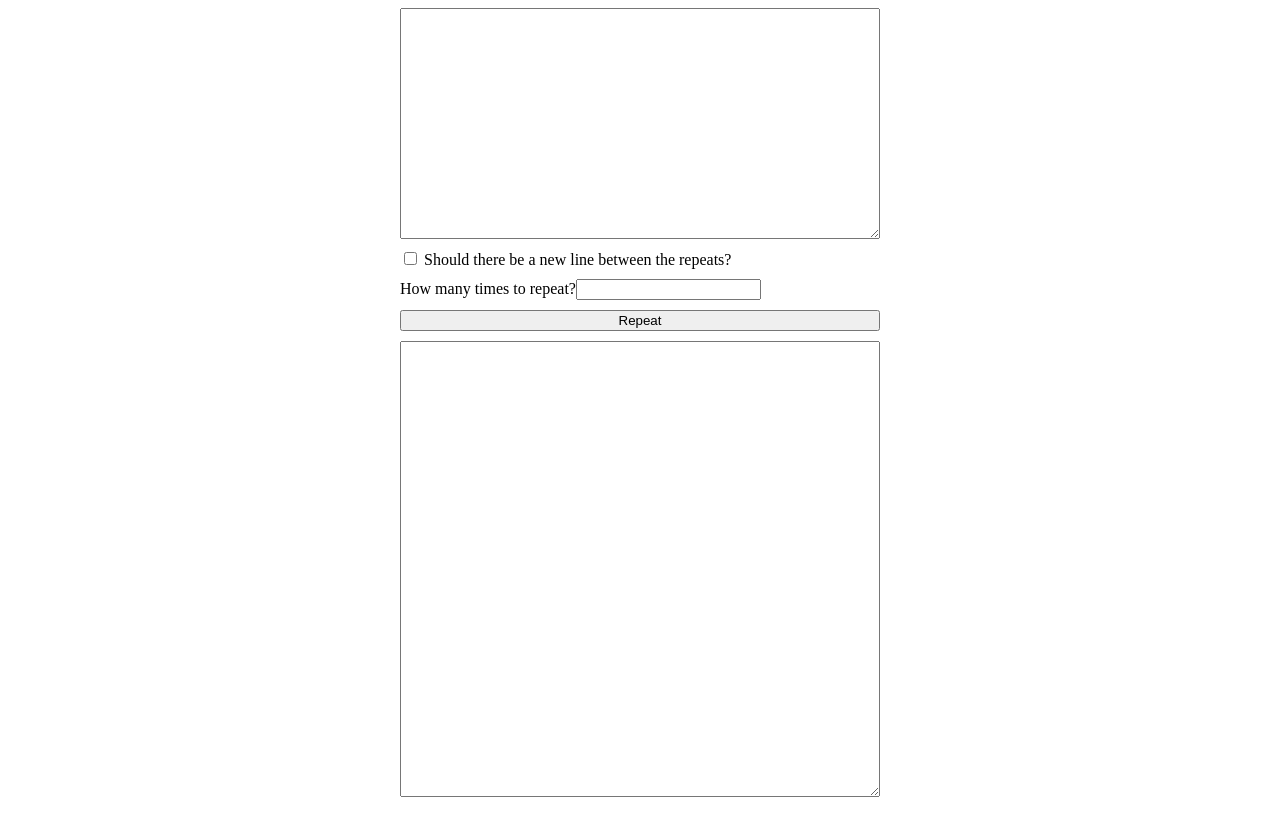
Repository: klothius/Online-string-repeater-with-numbers
Page: index.html
These files come from the project's save history. The page is drawn as it stood at one moment and after the next save; the edit follows.
The browser window is 1280 px wide. The pictures show the whole page.

Above is the page before, as saved 2019-05-10 07:19:20.

### index.html
<div class="container">
    <textarea rows="15" class="input"></textarea>
    <label>
      <input type="checkbox" class="add-newline">
      Should there be a new line between the repeats?
    </label>
    <label>How many times to repeat?<input type="text" class="repeat-number"></label>
    <button onClick="doWork()">Repeat</button>
    <textarea rows="30" class="output"></textarea>
</div>
<script>
function doWork () {
  let input = document.querySelector('textarea.input').textContent;
  let shouldAddNewLine = document.querySelector('.add-newline').checked;
  let repeatNumber = document.querySelector('.repeat-number').value;
  let output = input;
  for (let i = 1; i <= repeatNumber; i++) {
    if (shouldAddNewLine) {
      output += '\n';
    }
    output += input.replace('{n}', i);
  }
  document.querySelector('textarea.output').value = output;
}
</script>
<style>
.container {
  max-width: 480px;
  margin: auto;
  display: flex;
  flex-direction: column;
}
.container > * {
  margin-bottom: 10px;
}
</style>

After the next save:
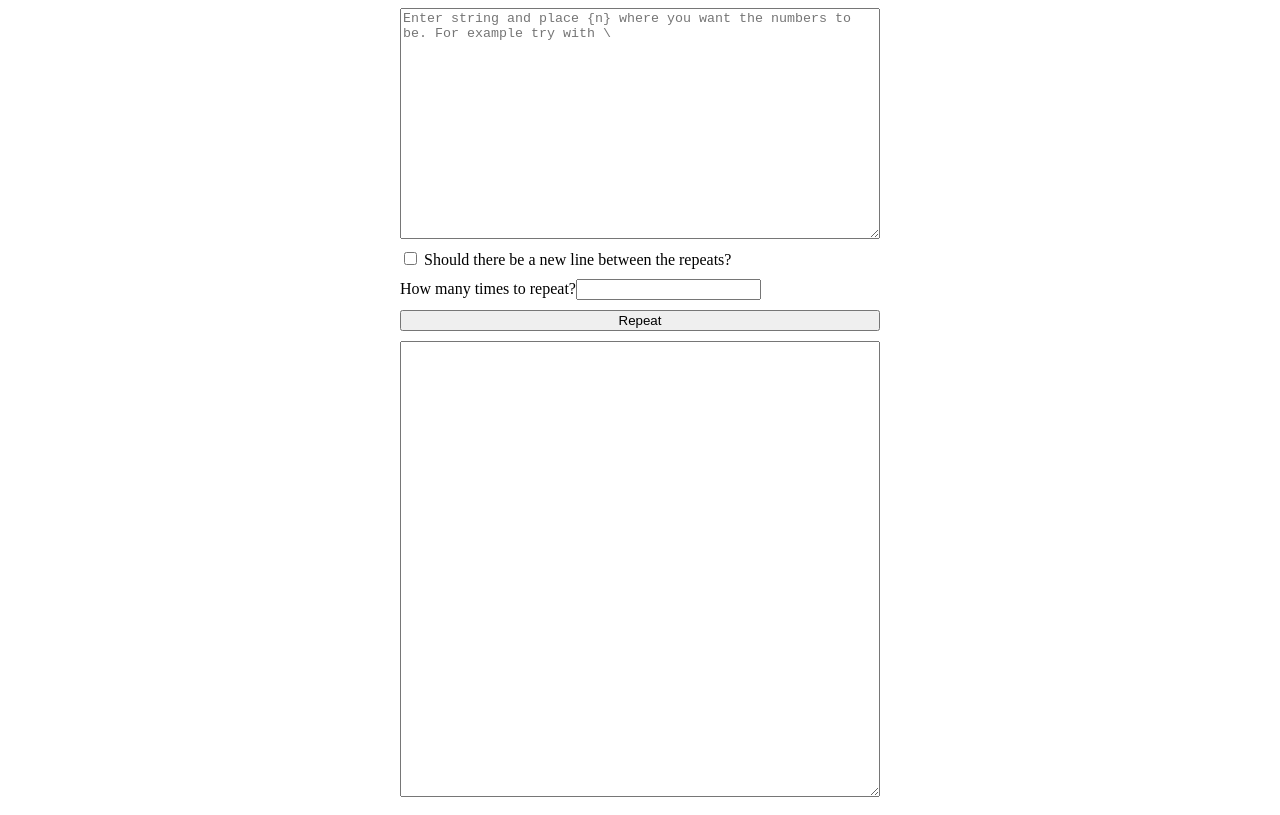
Saved 7 min 53 s later.
--- a/index.html
+++ b/index.html
@@ -1,5 +1,9 @@
 <div class="container">
-    <textarea rows="15" class="input"></textarea>
+    <textarea
+      rows="15"
+      class="input"
+      placeholder="Enter string and place {n} where you want the numbers to be. For example try with \"Test {n}\""
+    ></textarea>
     <label>
       <input type="checkbox" class="add-newline">
       Should there be a new line between the repeats?
